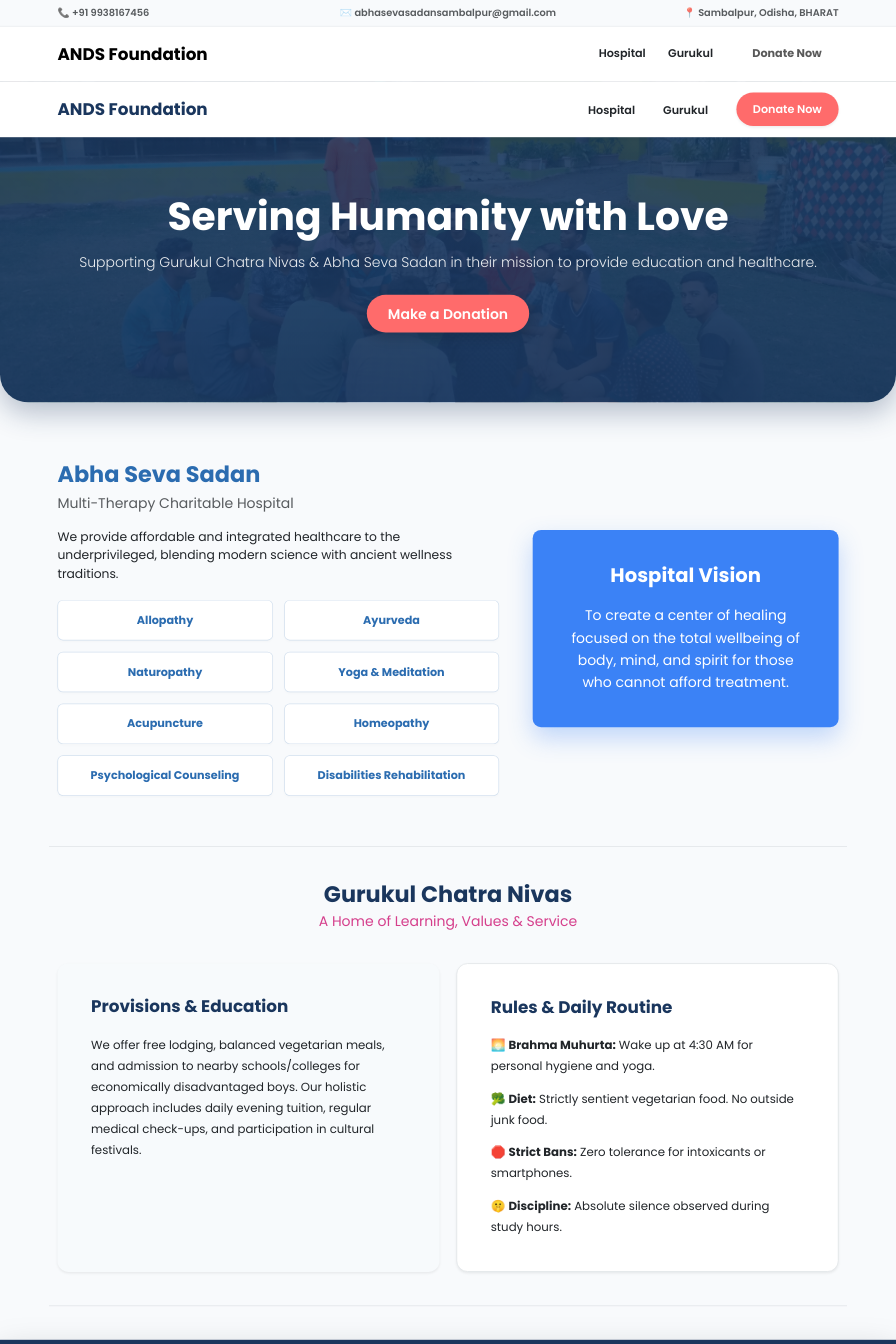
Repository: Gagankumar7869/ngo-website
Page: /
An editor plug-in stored every save of this project. The page is shown before and after the next save, followed by the edit.
The browser window is 1280 px wide. The pictures show the part of the page from y = 0 to 1920 px (the page is 5336 px tall before and 5220 px after), at 70% of full size.
The project was rebuilt for these pictures with package versions that can differ from the ones it lists, and the page was loaded fresh each time. Also part of the build but not shown: vite.config.js.

Above is the page before, as saved 2026-06-10 14:13:58.

### index.html
<!doctype html>
<html lang="en">
  <head>
    <meta charset="UTF-8" />

    <meta name="viewport" content="width=device-width, initial-scale=1.0" />
    <title>ngo_website</title>
  </head>
  <body>
    <div id="root"></div>
    <script type="module" src="/src/main.jsx"></script>
  </body>
</html>

### src/index.css
/* 1. Import Modern Font */
@import url('https://fonts.googleapis.com/css2?family=Poppins:wght@300;400;600;700&display=swap');

/* 2. Define our Official Color Palette */
:root {
  --primary-blue: #1A365D; /* A very professional, trust-building navy */
  --accent-coral: #FF6B6B; /* A warm, inviting coral for buttons */
  --bg-soft: #F8FAFC;      /* A very light gray-blue for the background */
}

/* 3. Apply Global Styles */
body {
  font-family: 'Poppins', sans-serif;
  background-color: var(--bg-soft);
  color: #2D3748;
  margin: 0;
  padding: 0;
}

/* 4. Hero Section with Image Overlay */
.hero-gradient {
  /* This creates a deep blue tint over your background photo */
  background: linear-gradient(rgba(26, 54, 93, 0.85), rgba(26, 54, 93, 0.95)),
              url('/images/gurukul-3.jpg') center/cover no-repeat;
  color: white;
  border-radius: 0 0 40px 40px;
  padding: 100px 0; /* Taller for a grander entrance */
  margin-bottom: 60px;
  box-shadow: 0 15px 40px rgba(26, 54, 93, 0.3);
}

/* 5. Create Premium "Card" Styles */
.premium-card {
  background: white;
  border-radius: 20px;
  border: none;
  box-shadow: 0 10px 40px rgba(0, 0, 0, 0.04);
  transition: all 0.3s ease;
  overflow: hidden;
}

.premium-card:hover {
  transform: translateY(-8px);
  box-shadow: 0 15px 50px rgba(0, 0, 0, 0.08);
}

/* 6. Modern Glassmorphism effect for Donation Hub */
.glass-card {
  background: rgba(255, 255, 255, 0.7);
  backdrop-filter: blur(10px);
  -webkit-backdrop-filter: blur(10px);
  border: 1px solid rgba(255, 255, 255, 0.5);
  border-radius: 20px;
  box-shadow: 0 8px 32px 0 rgba(31, 38, 135, 0.07);
  transition: all 0.3s ease;
}

.glass-card:hover {
  transform: translateY(-5px);
  background: rgba(255, 255, 255, 0.95);
  box-shadow: 0 12px 40px 0 rgba(31, 38, 135, 0.1);
}

/* 7. Custom Button Styling */
.btn-coral {
  background-color: var(--accent-coral);
  color: white;
  font-weight: 600;
  padding: 12px 30px;
  border-radius: 50px; /* Fully rounded pill buttons */
  border: none;
  transition: all 0.2s;
}

.btn-coral:hover {
  background-color: #FA5252;
  color: white;
  transform: scale(1.05);
}

### src/App.jsx
import React from 'react';
import Navigation from './components/Navigation';
import Home from './pages/Home';

function App() {
  return (
    <div>
      <Navigation />
      <main>
        <Home />
      </main>
    </div>
  );
}

export default App;

### src/components/Navigation.jsx
import React from 'react';
import { Navbar, Nav, Container } from 'react-bootstrap';

const Navigation = () => {
  return (
    <>
      {/* Top Contact Bar */}
      <div className="bg-ngo-light py-2 border-bottom d-none d-lg-block">
        <Container>
          <div className="row text-muted small fw-semibold">
            <div className="col-md-4">
              📞 +91 9938167456
            </div>
            <div className="col-md-4 text-center">
              ✉️ abhasevasadansambalpur@gmail.com
            </div>
            <div className="col-md-4 text-end">
              📍 Sambalpur, Odisha, BHARAT
            </div>
          </div>
        </Container>
      </div>

      {/* Main Navbar */}
      <Navbar bg="white" variant="light" expand="lg" sticky="top" className="shadow-sm py-3">
        <Container>
          <Navbar.Brand href="#" className="fw-bold fs-4 text-ngo-blue">
            ANDS Foundation
          </Navbar.Brand>
          <Navbar.Toggle aria-controls="basic-navbar-nav" />
          <Navbar.Collapse id="basic-navbar-nav">
            <Nav className="ms-auto align-items-center fw-semibold">
              <Nav.Link href="#hospital" className="fs-6 px-3 text-dark">Hospital</Nav.Link>
              <Nav.Link href="#gurukul" className="fs-6 px-3 text-dark">Gurukul</Nav.Link>
              <Nav.Link href="#donate" className="btn btn-donate fw-bold ms-lg-3 px-4 rounded-pill">
                Donate Now
              </Nav.Link>
            </Nav>
          </Navbar.Collapse>
        </Container>
      </Navbar>
    </>
  );
};

export default Navigation;

Loaded but not shown: src/main.jsx (common file); src/pages/Home.jsx (557 lines, source omitted)

After the next save:
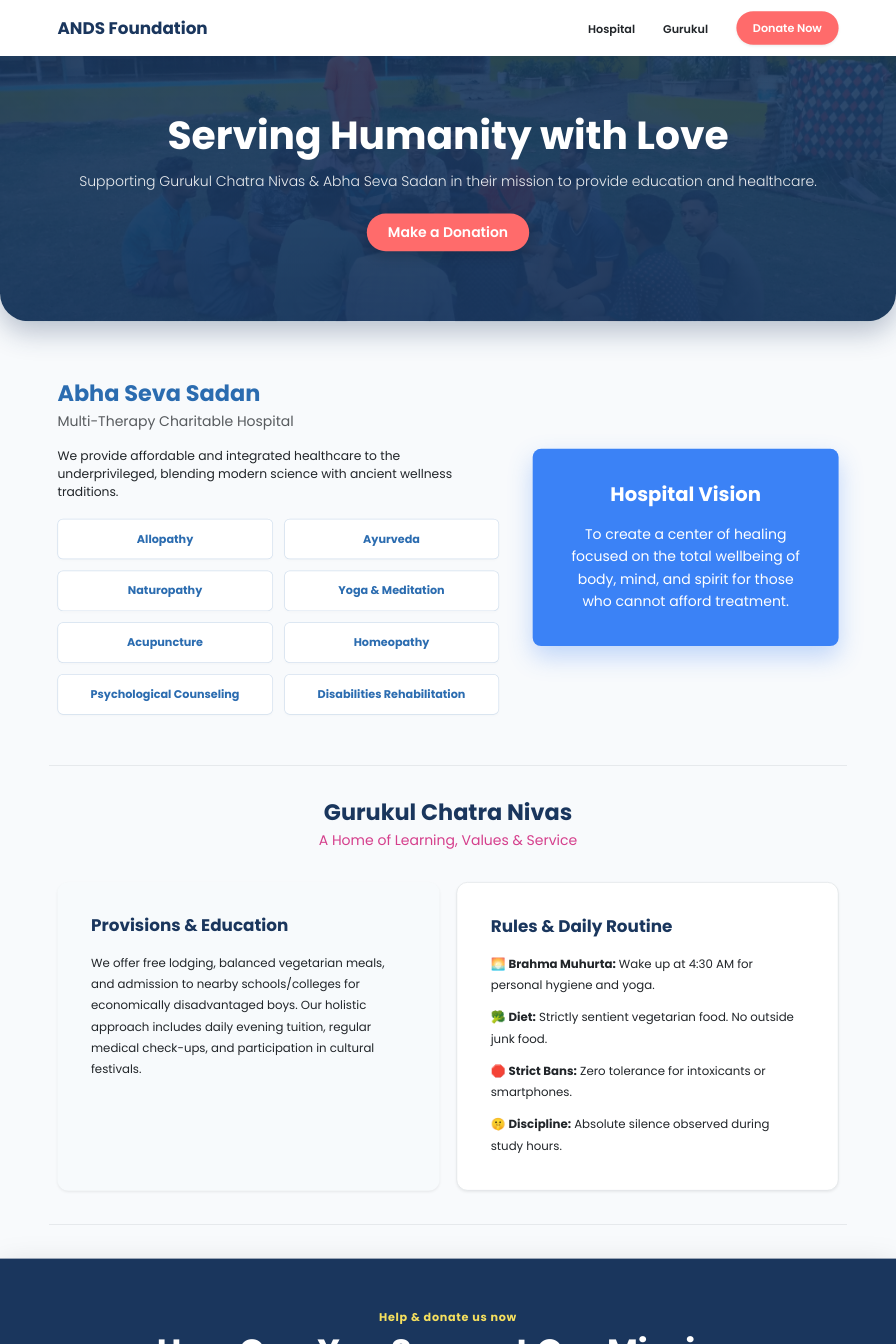
Saved 2 min 24 s later.
--- a/src/App.jsx
+++ b/src/App.jsx
@@ -1,11 +1,9 @@
 import React from 'react';
-import Navigation from './components/Navigation';
 import Home from './pages/Home';
 
 function App() {
   return (
     <div>
-      <Navigation />
       <main>
         <Home />
       </main>
